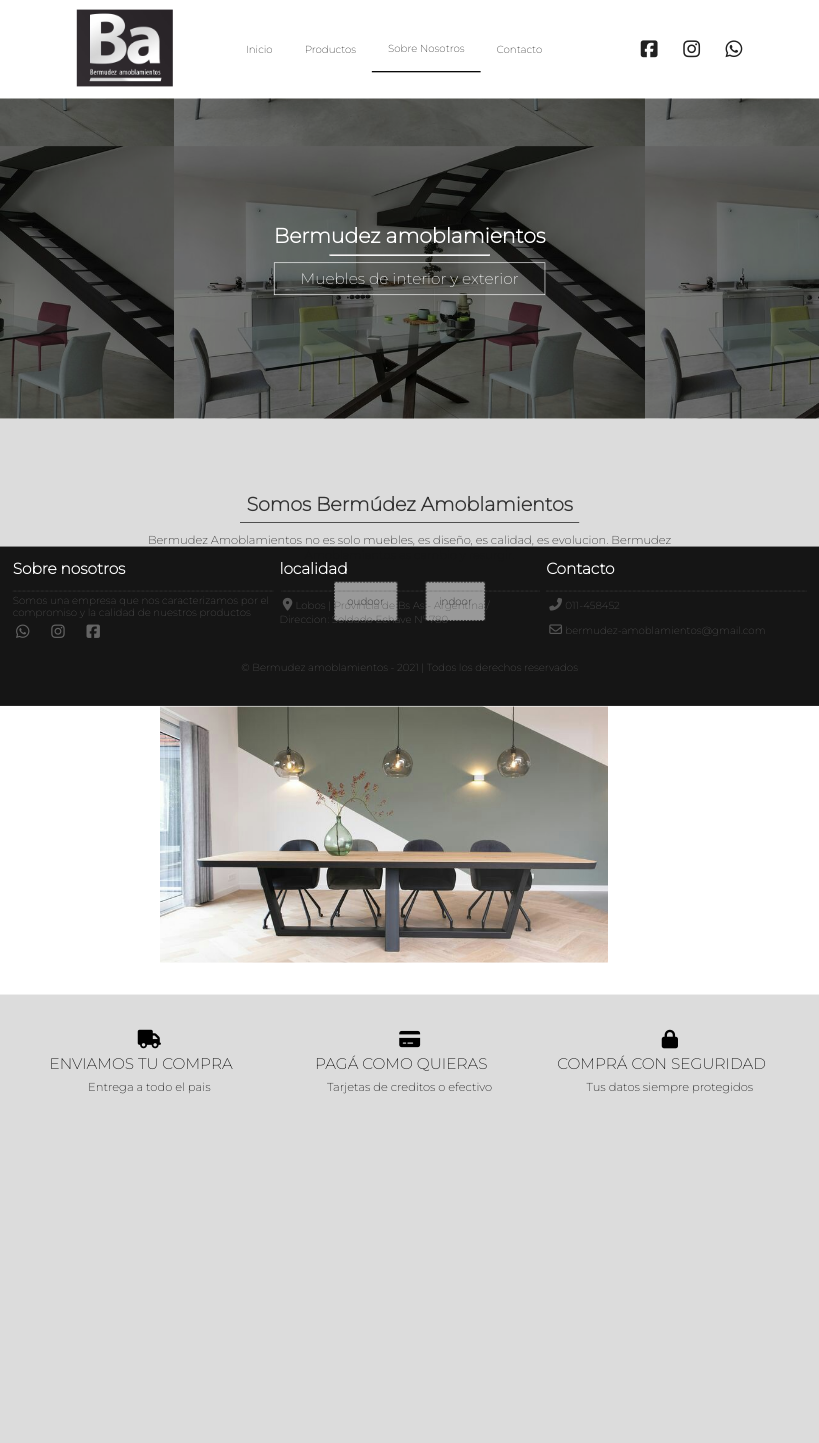
Repository: DamianBermudez94/Bermudez-amoblamientos
Page: index.html
These files come from the project's save history. The page is drawn as it stood at one moment and after the next save; the edit follows.
The browser window is 1280 px wide. The pictures show the whole page, at 64% of full size.
Some web libraries are served in a nearby version.

Above is the page before, as saved 2022-09-22 19:23:56.

After the next save:
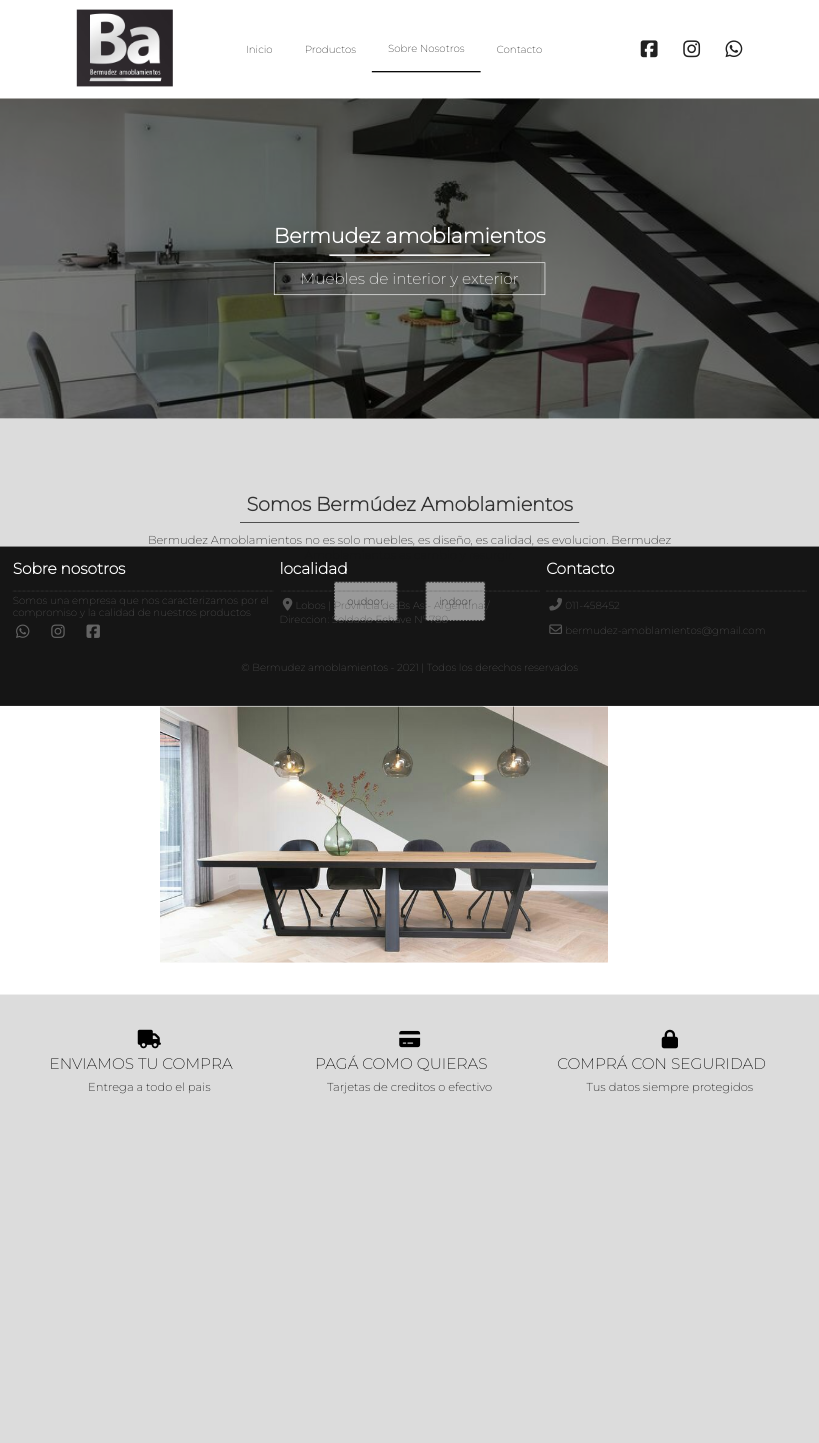
Saved 9 s later.
--- a/index.css
+++ b/index.css
@@ -38,7 +38,7 @@ main{
   height: 700px;
   background: url("./indoor/img-indoor/imagenes-indoor/IMG-20210325-WA0038.jpg");
 background-position: center;
-background-repeat: repeat;
+background-size: cover;
 
 }
 
